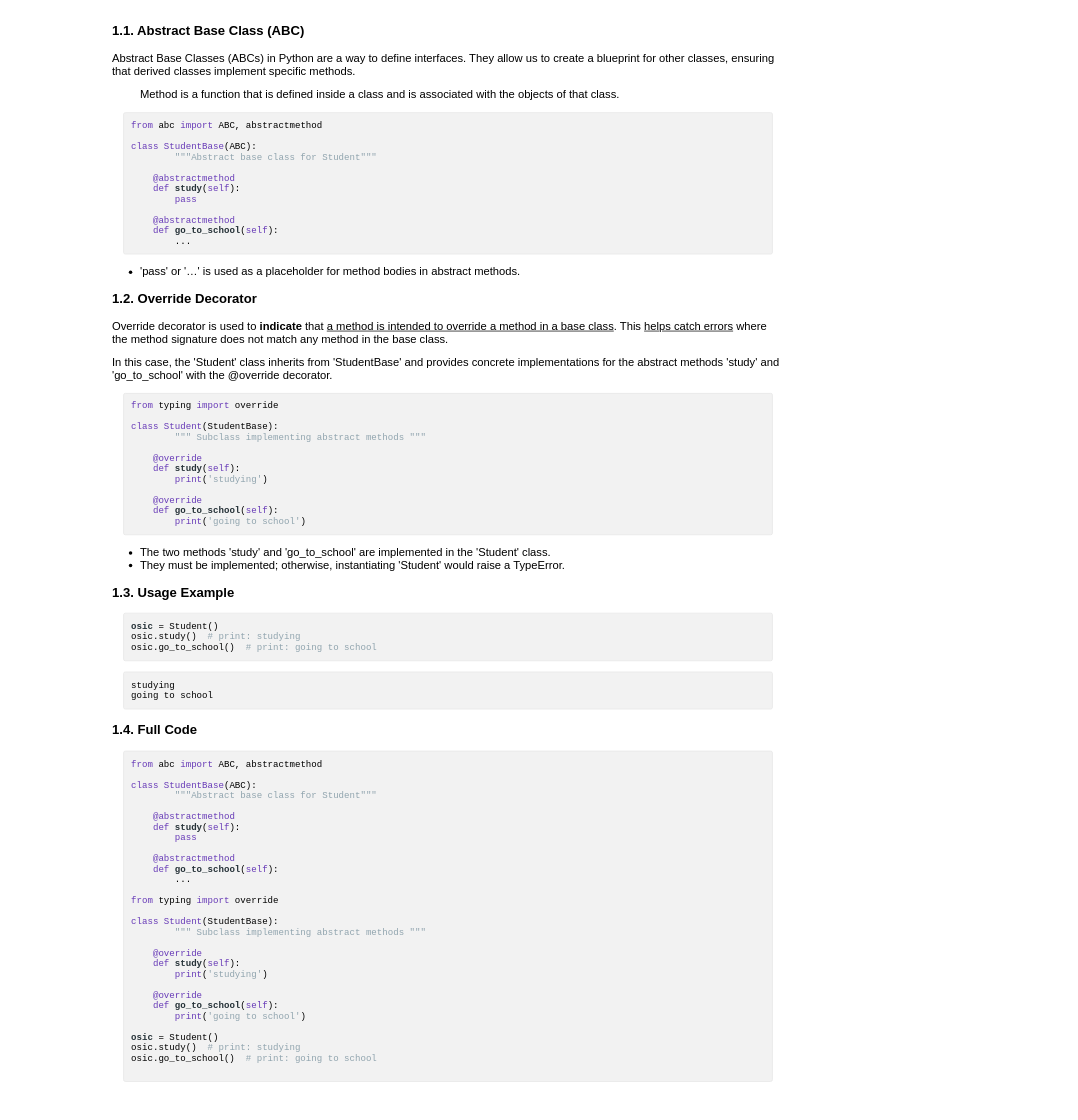
Repository: OsicKwon/Python-Advanced
Page: _posts/abstractmethod/class_abstractmethod.html
These files come from the project's save history. The page is drawn as it stood at one moment and after the next save; the edit follows.
The browser window is 1280 px wide. The page is 1540 px wide, so the pictures cover 1540 px, including what lies to the right of the window. The pictures show the part of the page from y = 1028 to 2628 px (the page is 5035 px tall before and 4952 px after), at 70% of full size.

Above is the page before, as saved 2025-10-19 22:28:50.

After the next save:
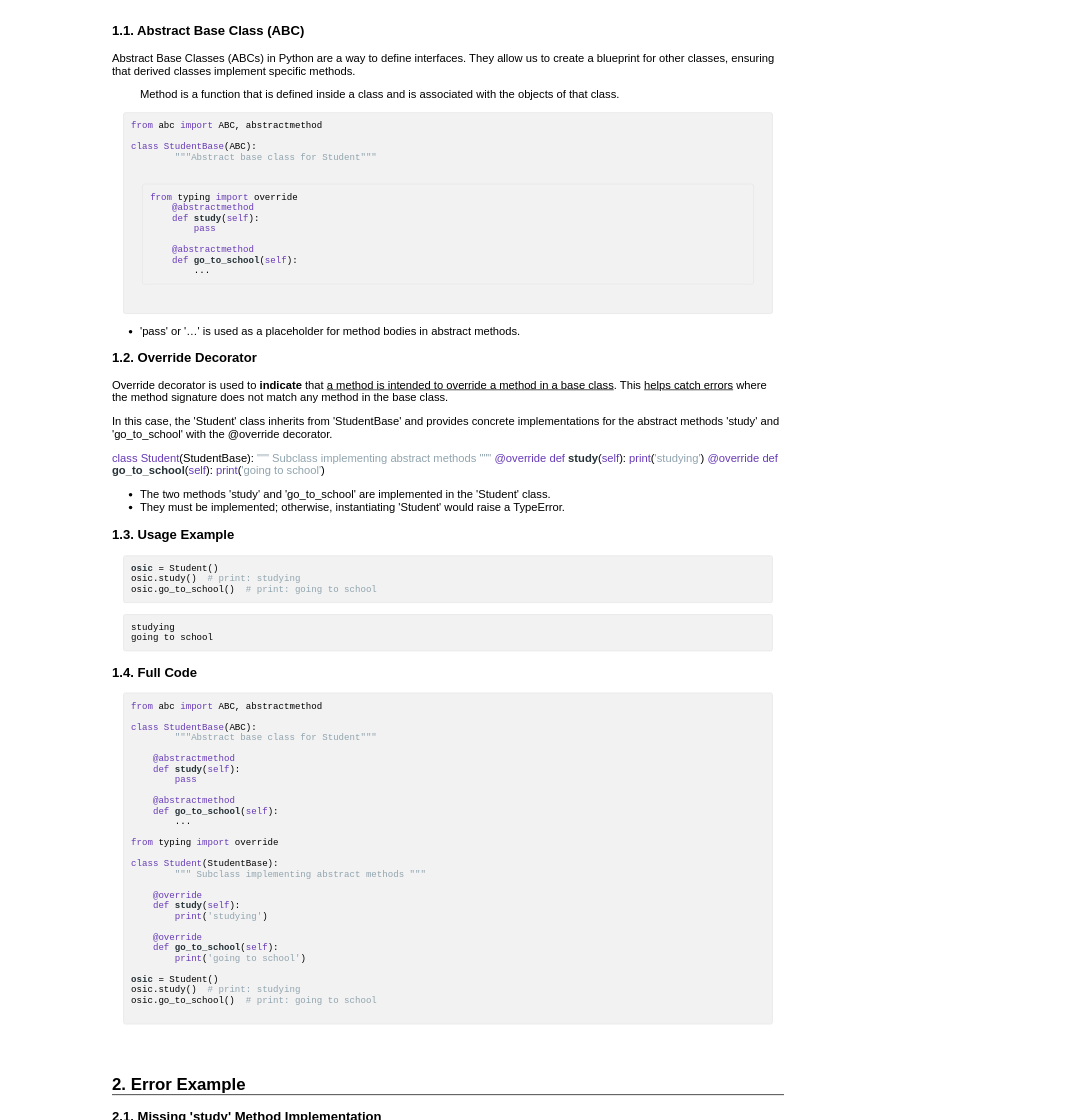
Saved 64 s later.
--- a/_posts/abstractmethod/class_abstractmethod.html
+++ b/_posts/abstractmethod/class_abstractmethod.html
@@ -233,6 +233,7 @@ Method is a function that is defined inside a class and is associated with the o
 <span style="color: #673AB7;">class</span> <span style="color: #673AB7;">StudentBase</span>(ABC):
         <span style="color: #90A4AE;">"""Abstract base class for Student"""</span>
 
+<pre class="src src-python" id="org2f0a8c0"><span style="color: #673AB7;">from</span> typing <span style="color: #673AB7;">import</span> override
 <span style="color: #90A4AE;"> </span>   <span style="color: #673AB7;">@abstractmethod</span>
 <span style="color: #90A4AE;"> </span>   <span style="color: #673AB7;">def</span> <span style="color: #263238; font-weight: bold;">study</span>(<span style="color: #673AB7;">self</span>):
 <span style="color: #90A4AE;"> </span>   <span style="color: #90A4AE;"> </span>   <span style="color: #673AB7;">pass</span>
@@ -262,7 +263,6 @@ In this case, the 'Student' class inherits from 'StudentBase' and provides concr
 </p>
 
 <div class="org-src-container">
-<pre class="src src-python" id="org2f0a8c0"><span style="color: #673AB7;">from</span> typing <span style="color: #673AB7;">import</span> override
 
 <span style="color: #673AB7;">class</span> <span style="color: #673AB7;">Student</span>(StudentBase):
         <span style="color: #90A4AE;">""" Subclass implementing abstract methods """</span>
